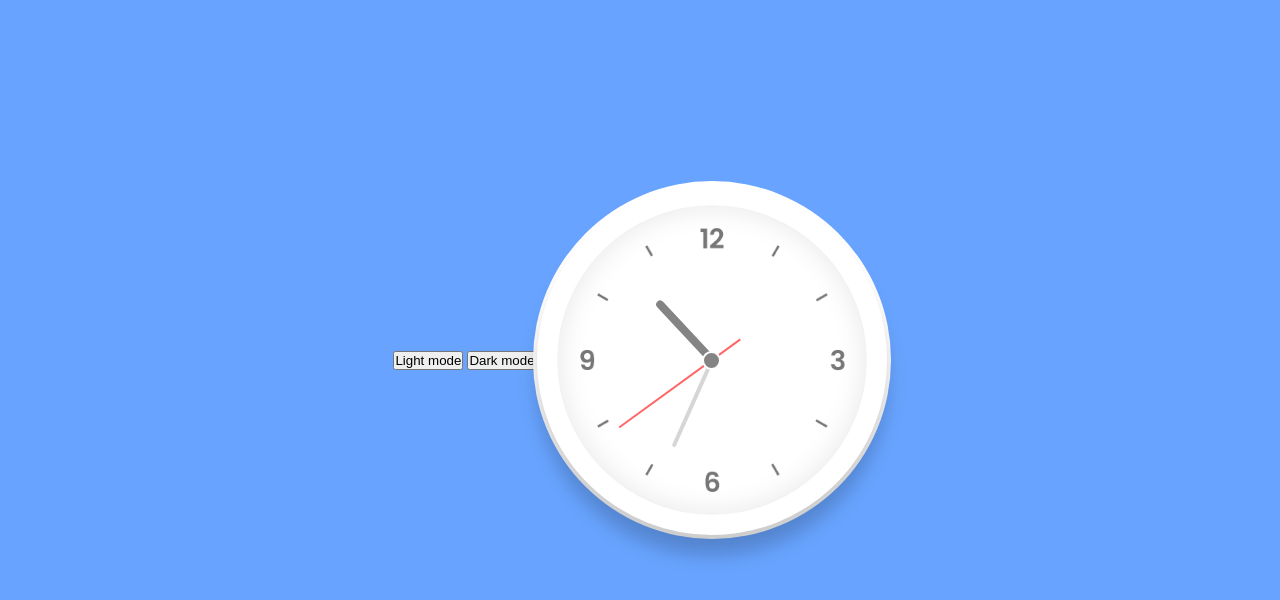
Repository: DaNiels89/analog-clock
Page: index.html
An editor plug-in stored every save of this project. The page is shown before and after the next save, followed by the edit.
The browser window is 1280 px wide. The pictures show the whole page.

Above is the page before, as saved 2020-06-20 12:13:06.

### index.html
<!DOCTYPE html>
<html lang="en">

<head>
    <meta charset="UTF-8">
    <meta name="viewport" content="width=device-width, initial-scale=1.0">
    <title>Analog Clock</title>
    <link rel="stylesheet" href="css/lightmode.css">
    <!-- <link rel="stylesheet" href="css/darkmode.css"> -->
</head>

<body>
    <div class="toggle-mode">
        <button class="light-mode">Light mode</button>
        <button class="dark-mode">Dark mode</button>
    </div>
    <div class="clock">
        <div class="hour">
            <div class="hr" id="hr"></div>
        </div>
        <div class="min">
            <div class="mn" id="mn"></div>
        </div>
        <div class="sec">
            <div class="sc" id="sc"></div>
        </div>
    </div>



    <script src="js/main.js"></script>
</body>

</html>

### css/lightmode.css
* {
    margin: 0;
    padding: 0;
    box-sizing: border-box;
  }

  body {
    display: flex;
    justify-content: center;
    align-items: center;
    min-height: 100vh;
    background: #68a4ff
  }

  .clock {
    width: 350px;
    height: 350px;
    display: flex;
    justify-content: center;
    align-items: center;
    background: #fff url(../img/clock.png);
    background-size: cover;
    border-radius: 50%;
    border: 20px solid #fff;
    box-shadow: inset 0 0 30px rgba(0,0,0,.1),
                0 20px 20px rgba(0,0,0,.2),
                0 0 0 4px rgba(255,255,255,1);
  }

  .clock::before {
    content: "";
    position: absolute;
    width: 15px;
    height: 15px;
    background: #848484;
    border: 2px solid #fff;
    border-radius: 50%;
    z-index: 10000;
  }

  .clock .hour,
  .clock .min,
  .clock .sec {
    position: absolute;
  }

  .clock .hour, .hr {
    width: 160px;
    height: 160px;
  }

  .clock .min, .mn {
    width: 190px;
    height: 190px;
  }

  .clock .sec, .sc {
    width: 230px;
    height: 230px;
  }

  .hr, .mn, .sc {
    display: flex;
    justify-content: center;
    position: absolute;
    border-radius: 50%;;
  }

  .hr::before {
    content: "";
    position: absolute;
    width: 8px;
    height: 80px;
    background: #848484;
    z-index: 10;
    border-radius: 6px 6px 0 0;
  }

  .mn::before {
    content: "";
    position: absolute;
    width: 4px;
    height: 90px;
    background: #d6d6d6;
    z-index: 11;
    border-radius: 6px 6px 0 0;
  }

  .sc::before {
    content: "";
    position: absolute;
    width: 2px;
    height: 150px;
    background: #ff6767;
    z-index: 12;
    border-radius: 6px 6px 0 0;
  }

### js/main.js
const deg = 6
const hr = document.querySelector("#hr")
const mn = document.querySelector("#mn")
const sc = document.querySelector("#sc")

setInterval(() => {
    let day = new Date()
    let hh = day.getHours() * 30
    let mm = day.getMinutes() * deg
    let ss = day.getSeconds() * deg

    hr.style.transform = `rotateZ(${(hh) + (mm / 12)}deg)`
    mn.style.transform = `rotateZ(${(mm)}deg)`
    sc.style.transform = `rotateZ(${(ss)}deg)`
})

After the next save:
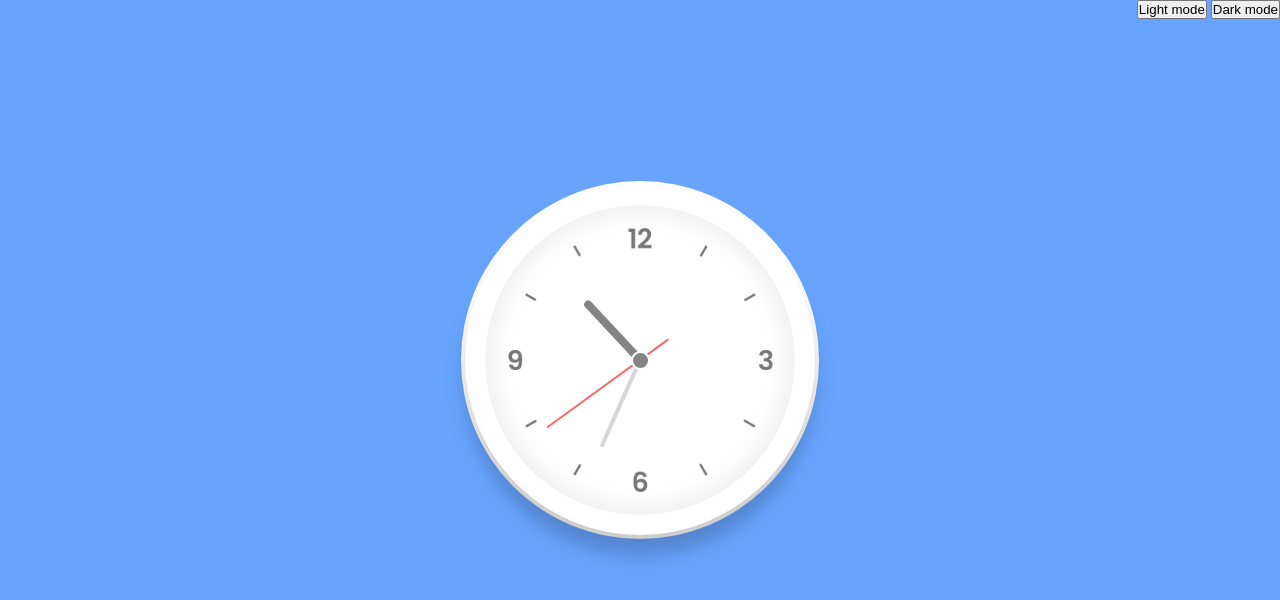
Saved 2 min 22 s later.
--- a/css/lightmode.css
+++ b/css/lightmode.css
@@ -10,6 +10,12 @@
     align-items: center;
     min-height: 100vh;
     background: #68a4ff
+  }
+
+  .toggle-mode {
+    position: absolute;
+    right: 0;
+    top: 0;
   }
 
   .clock {
